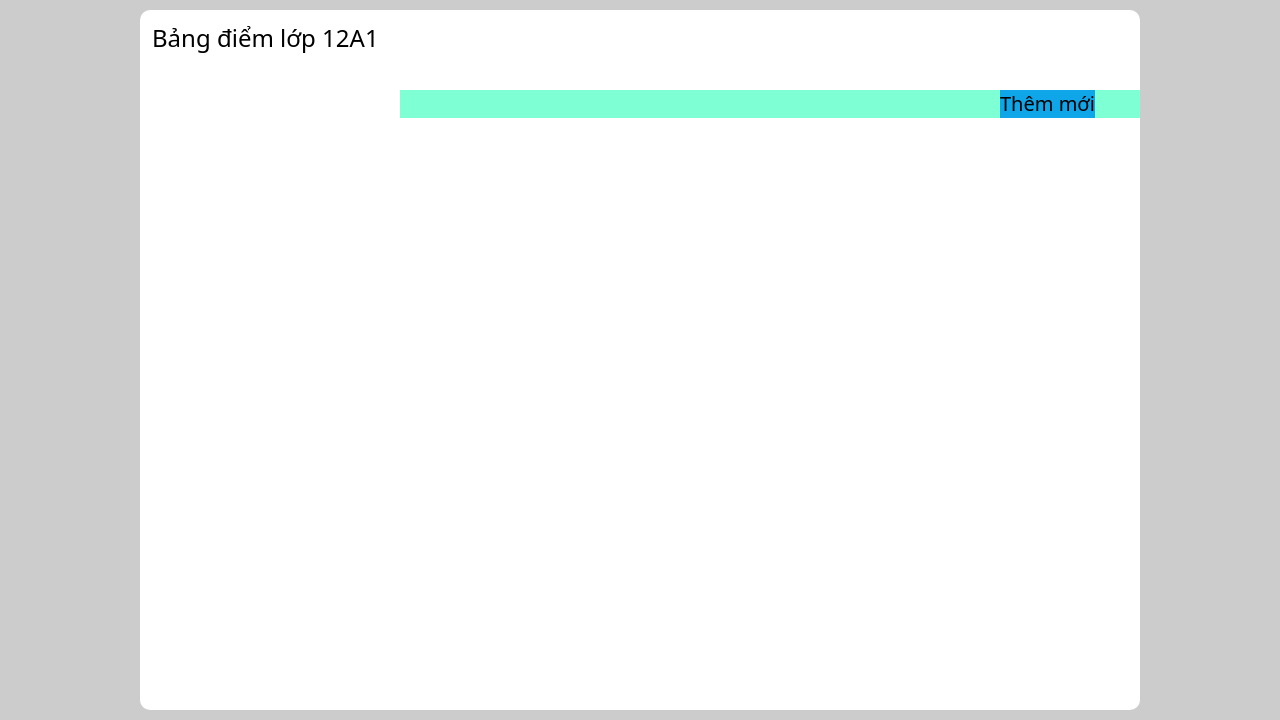
Repository: doducthuan/ReactJS-Movie
Page: /
The author's editor kept a copy of each file at every save. The page is drawn from the files as they stood at one save, then again after the next save.
The browser window is 1280 px wide. The pictures show the whole page.
The project was rebuilt for these pictures with package versions that can differ from the ones it lists, and the page was loaded fresh each time. Also part of the build but not shown: src/App.css.

Above is the page before, as saved 2024-01-13 05:53:13.

After the next save:
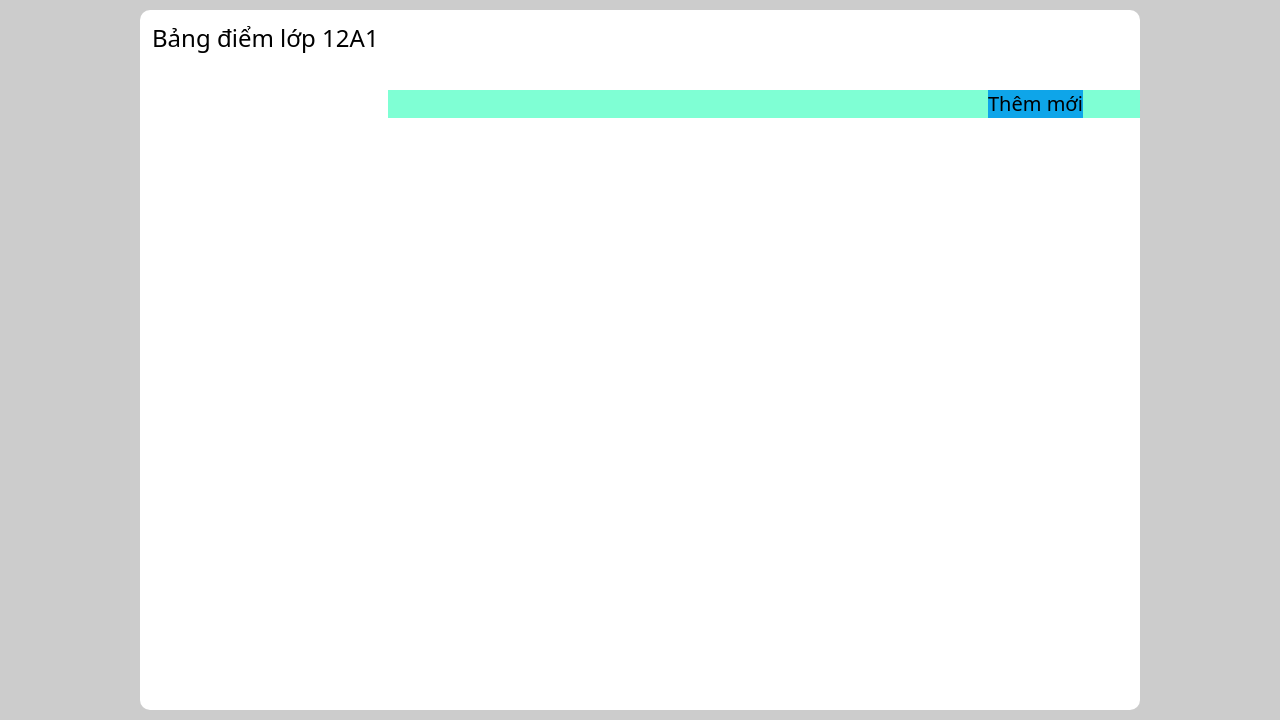
Saved 56 s later.
--- a/src/components/students/Students.js
+++ b/src/components/students/Students.js
@@ -5,7 +5,7 @@ const Students = () => {
         <div className="full-view">
             <div className="border-data">
                 <p className="font-sans text-2xl ml-3 mt-3">Bảng điểm lớp 12A1</p>
-                <div className="search-add mt-9 ml-3 flex">
+                <div className="search-add mt-9 flex">
                     <input className="search-all"/>
                     <button className="font-sans text-xl bg-sky-500">Thêm mới</button>
                 </div>
